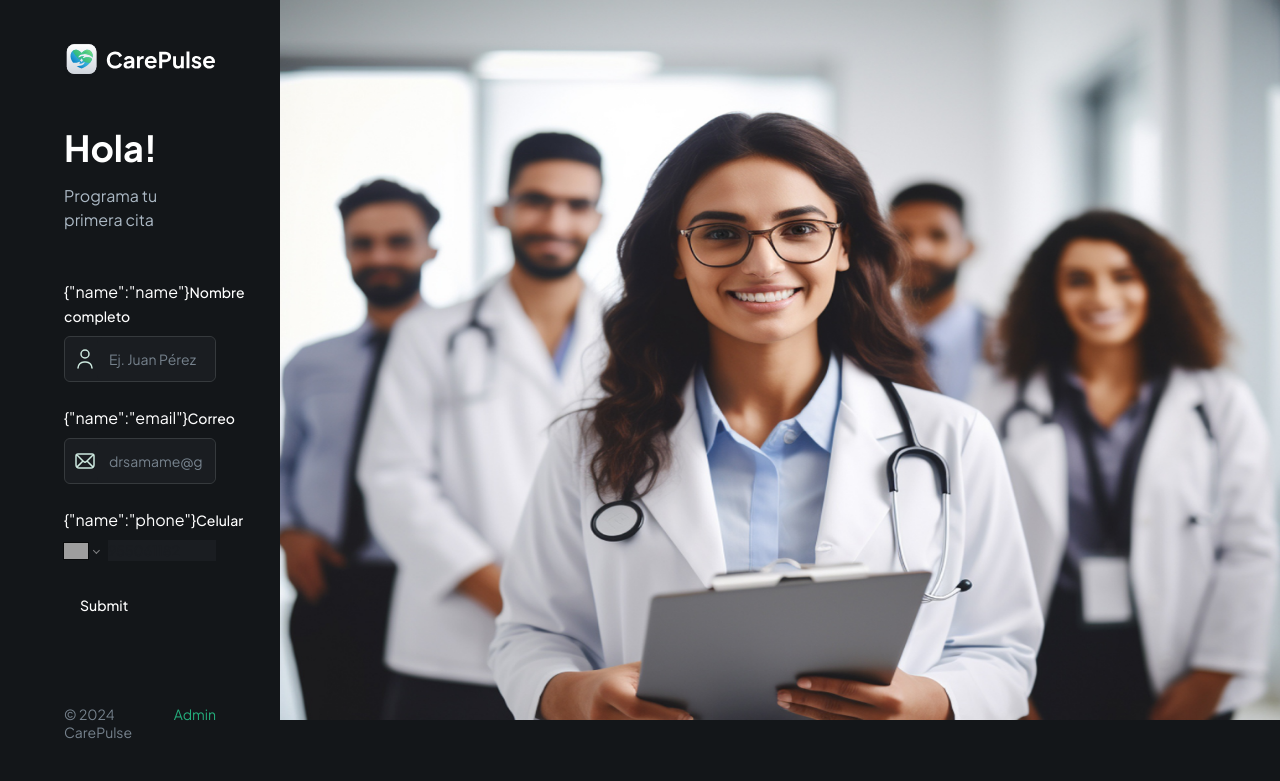
Repository: drsamame/healtcare
Page: /
These files come from the project's save history. The page is drawn as it stood at one moment and after the next save; the edit follows.
The browser window is 1280 px wide. The pictures show the whole page.
Pictures or frames that could not be fetched are drawn as grey boxes. The project was rebuilt for these pictures with package versions that can differ from the ones it lists, and the page was loaded fresh each time. The framework's server and built-in components were replaced by stand-ins that run in the browser. Also part of the build but not shown: next.config.mjs.

Above is the page before, as saved 2024-07-09 16:44:21.

After the next save:
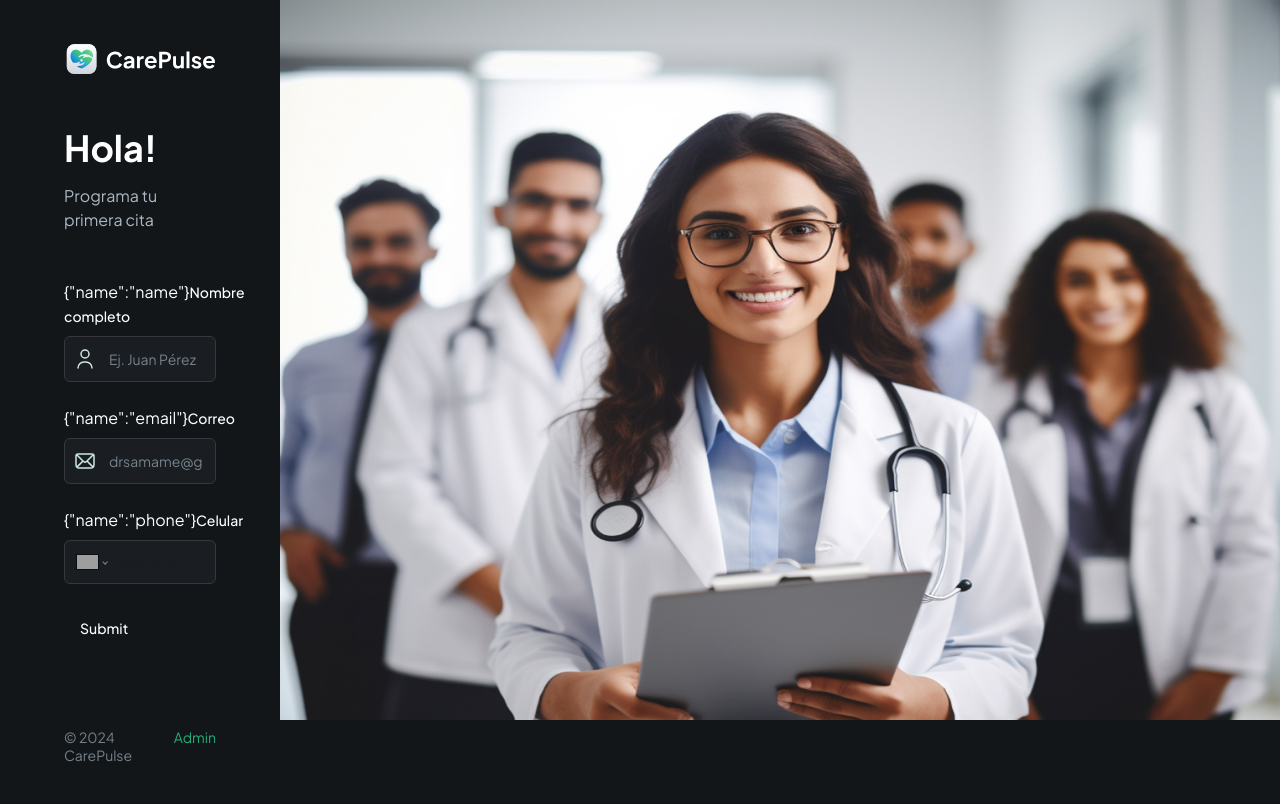
Saved 16 s later.
--- a/components/CustomFormField.tsx
+++ b/components/CustomFormField.tsx
@@ -59,7 +59,7 @@ const RenderField = ({ field, props }: { field: any; props: Props }) => {
 		case FormFieldType.PHONE:
 			return (
 				<FormControl>
-					<PhoneInput placeholder={placeholder} defaultCountry="PE" onChange={field.onChange}/>
+					<PhoneInput placeholder={placeholder} defaultCountry="PE" onChange={field.onChange} className='input-phone'/>
 				</FormControl>
 			);
 		default:
